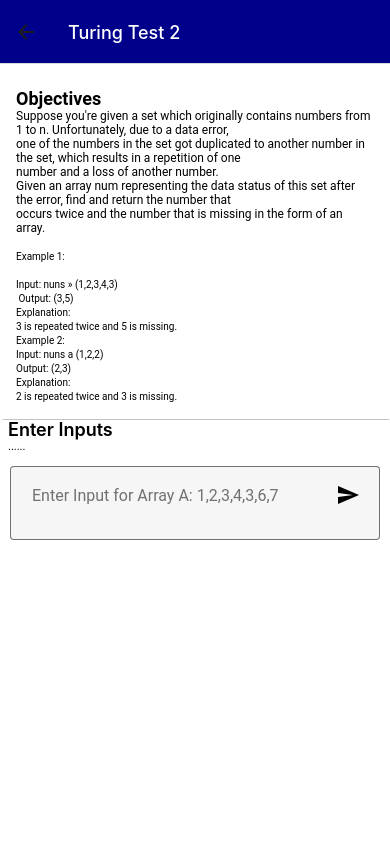
Repository: seyicoded/rn-crazy-algorithm-app
Screen: /TuringTest2
The author's editor kept a copy of each file at every save. The screen is drawn from the files as they stood at one save, then again after the next save.
The app was drawn by React Native's web renderer in a window 390 px wide. The project was rebuilt for these pictures with package versions that can differ from the ones it lists, and the page was loaded fresh each time. Also part of the build but not shown: src/screens/sort.js, src/screens/filter.js, src/screens/advance.js, src/screens/sorts/Sort_simple_number.js, src/screens/sorts/Sort_alphabet.js, src/screens/filters/Filter_simple_number.js, src/screens/advance/Advance_number.js, src/screens/advance/Multiplier_number.js and 1 more.

Above is the screen before, as saved 2022-04-02 02:33:52.

After the next save:
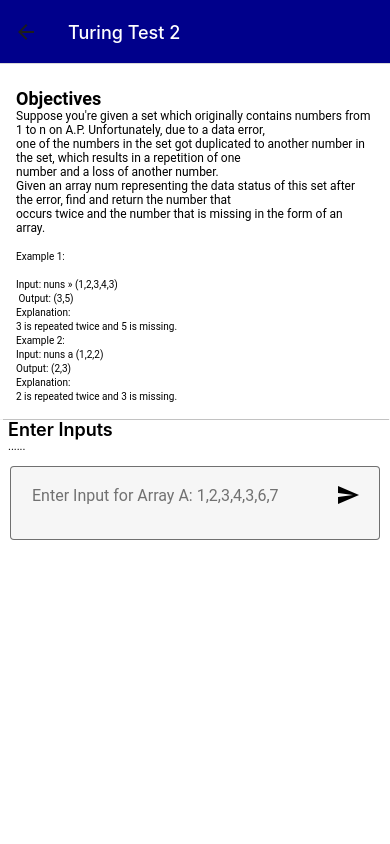
Saved 3 min 50 s later.
--- a/src/screens/advance/TuringTest2.js
+++ b/src/screens/advance/TuringTest2.js
@@ -81,7 +81,7 @@ export default function TuringTest2() {
                         <Text style={{fontWeight: '600', fontSize: 18}}>Objectives</Text>
                         <Text />
                         <Text style={{fontSize: 12}}>
-                            {`Suppose you're given a set which originally contains numbers from 1 to n. Unfortunately, due to a data error,
+                            {`Suppose you're given a set which originally contains numbers from 1 to n on A.P. Unfortunately, due to a data error,
 one of the numbers in the set got duplicated to another number in the set, which results in a repetition of one
 number and a loss of another number.
 Given an array num representing the data status of this set after the error, find and return the number that
